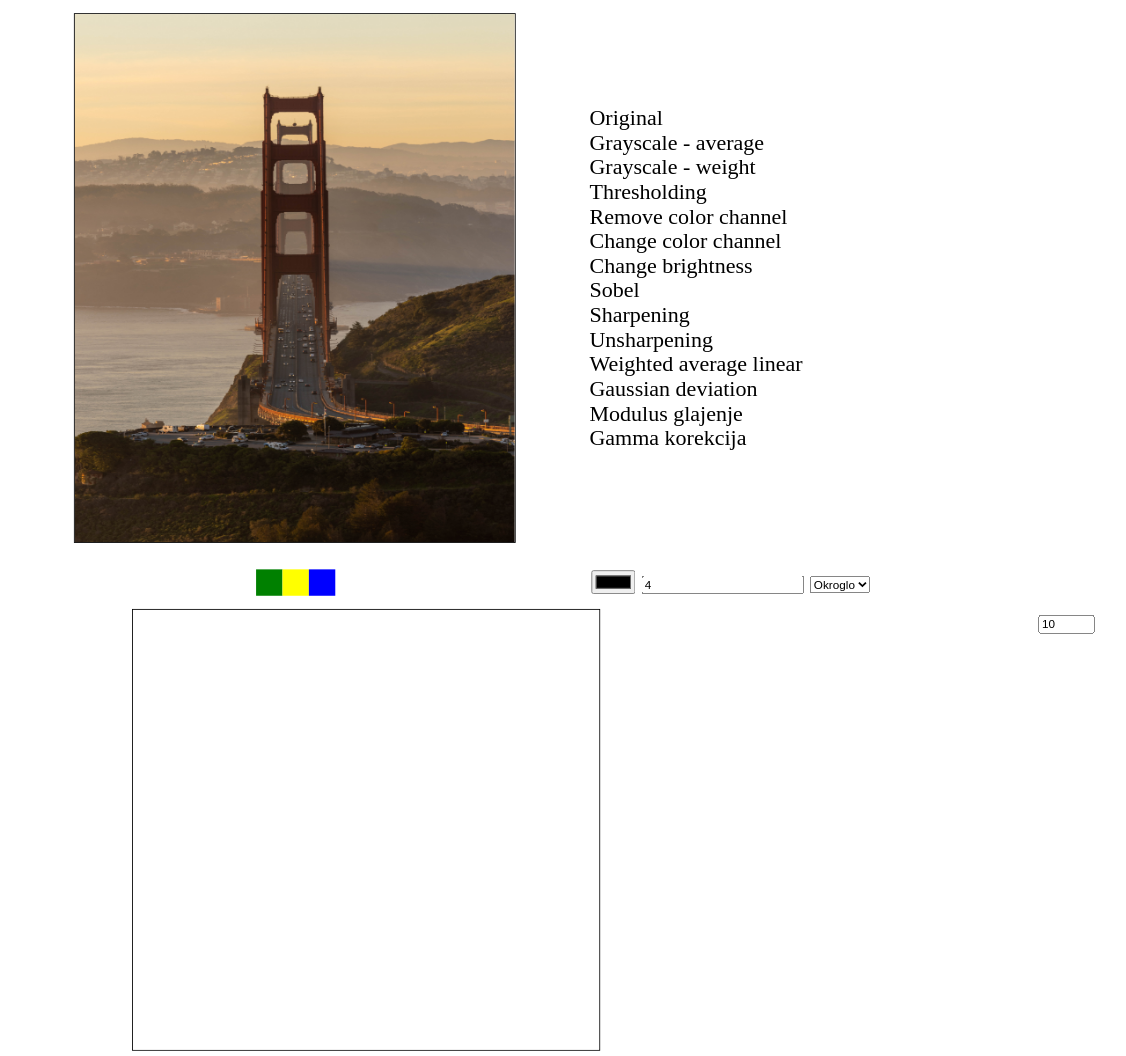
Repository: fussionko/web_photoshop
Page: index.html
An editor plug-in stored every save of this project. The page is shown before and after the next save, followed by the edit.
The browser window is 1280 px wide. The pictures show the whole page, at 88% of full size.
Some web libraries are served in a nearby version.

Above is the page before, as saved 2022-04-28 22:21:55.
Console error: TypeError: Cannot read properties of null (reading 'addEventListener')

After the next save:
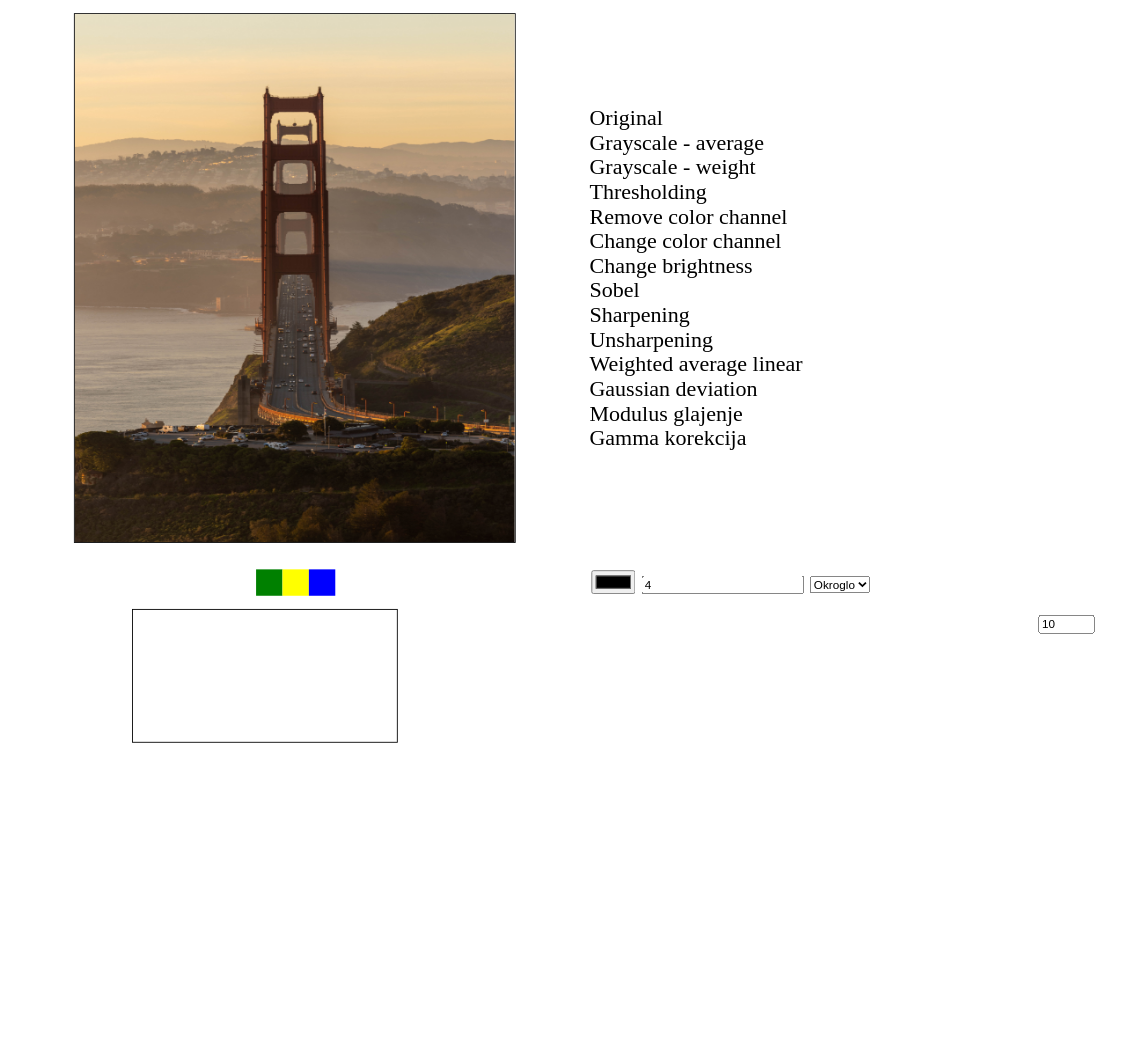
Console error: SyntaxError: Missing initializer in const declaration
Saved 54 s later.
--- a/graph.js
+++ b/graph.js
@@ -8,6 +8,7 @@
 let normalization_value = 35;
 let graph_offset = 5;
 
+const myGraph;
 
 function initGraph()
 {
@@ -30,6 +31,12 @@
     // graph_ctx.closePath();
     clear_graph()
     create_graph()
+
+    myGraph = new Chart(
+        graph_ctx,
+        config
+    );
+
 }
 
 function clear_graph()
@@ -254,11 +261,7 @@
 //   ];
 
 
-const myChart = new Chart(
-    graph_ctx,
-    config
-);
-
+const myChart =
 
 function draw_graph()
 {

After the 2 saves that followed:
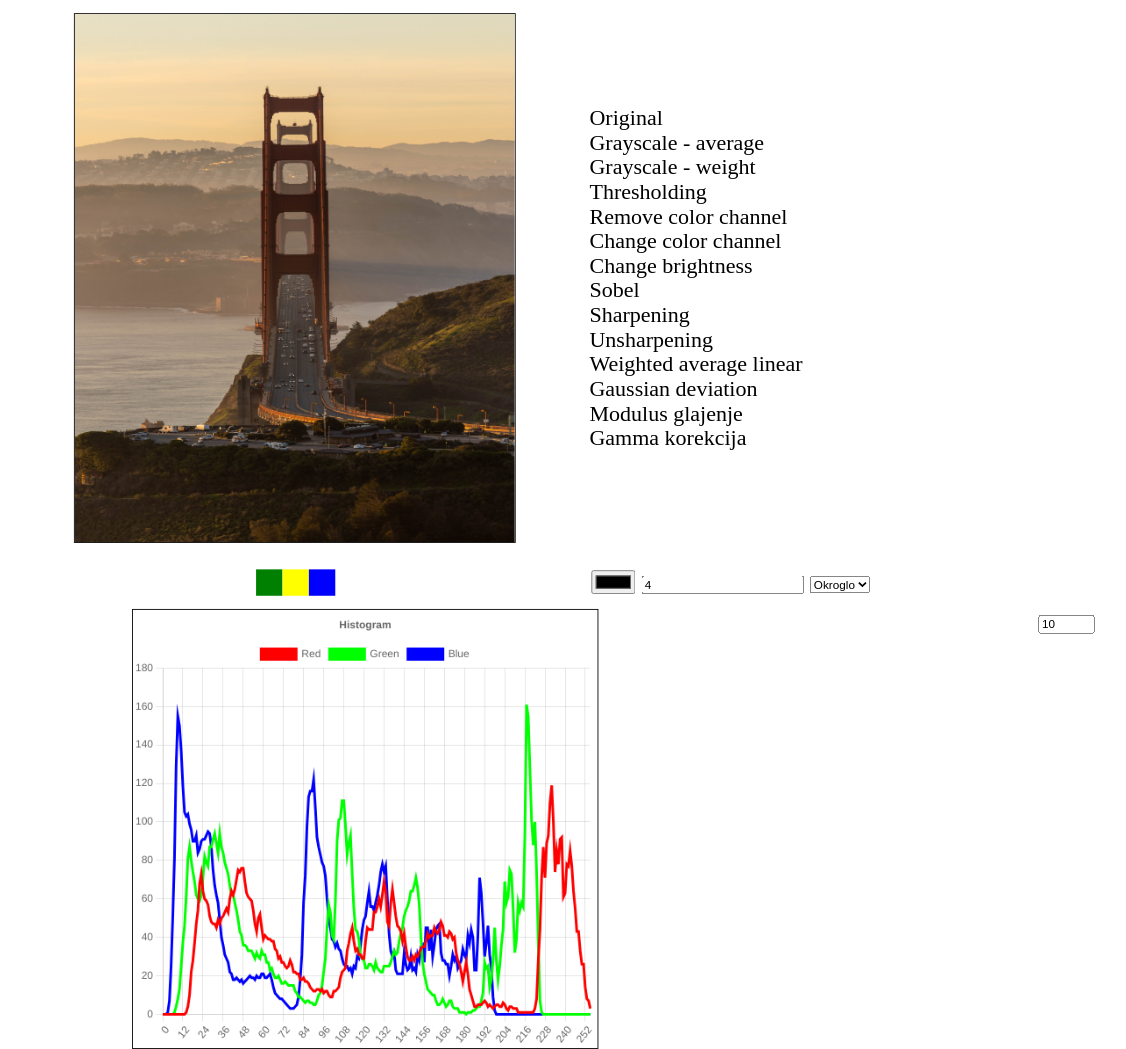
The error is gone.
The 2 saves are shown as one change because 1 left the picture as it was.
The last was saved 31 s later.
--- a/graph.js
+++ b/graph.js
@@ -8,7 +8,7 @@
 let normalization_value = 35;
 let graph_offset = 5;
 
-const myGraph;
+let myChart;
 
 function initGraph()
 {
@@ -32,7 +32,7 @@
     clear_graph()
     create_graph()
 
-    myGraph = new Chart(
+    myChart = new Chart(
         graph_ctx,
         config
     );
@@ -261,8 +261,6 @@
 //   ];
 
 
-const myChart =
-
 function draw_graph()
 {
     graph_ctx.lineWidth = 1;
